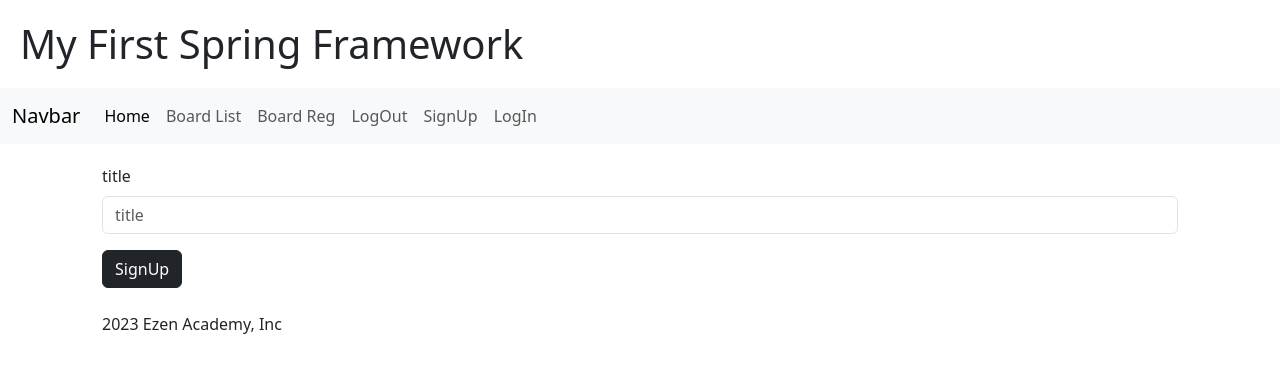
Repository: dhalfks/240115SpringProject
Page: http://localhost/spring_test2/WEB-INF/views/member/register.jsp
An editor plug-in stored every save of this project. The page is shown before and after the next save, followed by the edit.
The browser window is 1280 px wide. The pictures show the whole page.
The page is served by Tomcat 9. Nobody is signed in. Other server files are loaded and not shown. The template is opened directly, without the code that normally fills it, so the values that code supplies are empty.

Above is the page before, as saved 2024-01-12 05:46:53.

### spring_test2/src/main/webapp/WEB-INF/views/member/register.jsp
<%@ page language="java" contentType="text/html; charset=UTF-8"
    pageEncoding="UTF-8"%>
<%@ taglib prefix="c" uri="http://java.sun.com/jsp/jstl/core" %>

<jsp:include page="../layout/header.jsp" />
<jsp:include page="../layout/nav.jsp" />

	<!-- email, pwd, nick_name -->
<div class="container my-3">
<form action="/board/register" method="post" enctype="multipart/form-data">
	<div class="mb-3">
	  <label for="t" class="form-label">title</label>
	  <input type="text" class="form-control" name="title" id="t" placeholder="title">
	</div>
	<button type="submit" class="btn btn-dark">SignUp</button>
</form>
</div>
<jsp:include page="../layout/footer.jsp" />

### spring_test2/src/main/webapp/WEB-INF/views/layout/header.jsp
<%@ page language="java" contentType="text/html; charset=UTF-8"
    pageEncoding="UTF-8"%>
    <%@ taglib uri="http://java.sun.com/jsp/jstl/core" prefix="c"%>
<!DOCTYPE html>
<html>
<head>
<meta charset="UTF-8">
<title>Insert title here</title>
<link href="https://cdn.jsdelivr.net/npm/bootstrap@5.3.1/dist/css/bootstrap.min.css" rel="stylesheet" integrity="sha384-4bw+/aepP/YC94hEpVNVgiZdgIC5+VKNBQNGCHeKRQN+PtmoHDEXuppvnDJzQIu9" crossorigin="anonymous">
<script src="https://cdn.jsdelivr.net/npm/bootstrap@5.3.1/dist/js/bootstrap.bundle.min.js" integrity="sha384-HwwvtgBNo3bZJJLYd8oVXjrBZt8cqVSpeBNS5n7C8IVInixGAoxmnlMuBnhbgrkm" crossorigin="anonymous"></script>
<style type="text/css">
h1, p, h3, form{
margin: 20px;
}
</style>
</head>

<body>
<h1>My First Spring Framework</h1>

### spring_test2/src/main/webapp/WEB-INF/views/layout/nav.jsp
<%@ page language="java" contentType="text/html; charset=UTF-8"
    pageEncoding="UTF-8"%>
<%@ taglib uri="http://java.sun.com/jsp/jstl/core" prefix="c"%>

<header>
	<nav class="navbar navbar-expand-lg bg-body-tertiary">
  <div class="container-fluid">
    <a class="navbar-brand" href="/">Navbar</a>
    <button class="navbar-toggler" type="button" data-bs-toggle="collapse" data-bs-target="#navbarSupportedContent" aria-controls="navbarSupportedContent" aria-expanded="false" aria-label="Toggle navigation">
      <span class="navbar-toggler-icon"></span>
    </button>
    <div class="collapse navbar-collapse" id="navbarSupportedContent">
      <ul class="navbar-nav me-auto mb-2 mb-lg-0">
        <li class="nav-item">
          <a class="nav-link active" aria-current="page" href="/">Home</a>
        </li>
        <li class="nav-item">
          <a class="nav-link" href="/board/list">Board List</a>
        </li>

		<li class="nav-item">
		    <a class="nav-link" href="/board/register">Board Reg</a>
		</li>

        <li class="nav-item">
	        <a class="nav-link" href="">LogOut</a>
        </li>
        <li class="nav-item">
          <a class="nav-link" href="/member/register">SignUp</a>
        </li>
        <li class="nav-item">
          <a class="nav-link" href="">LogIn</a>
        </li>

      </ul>

    </div>
  </div>
</nav>
</header>

### spring_test2/src/main/webapp/WEB-INF/views/layout/footer.jsp
<%@ page language="java" contentType="text/html; charset=UTF-8"
    pageEncoding="UTF-8"%>
    <%@ taglib uri="http://java.sun.com/jsp/jstl/core" prefix="c"%>

<div class="container my-4">
	<p>2023 Ezen Academy, Inc</p>
</div>
</body>
</html>

After the next save:
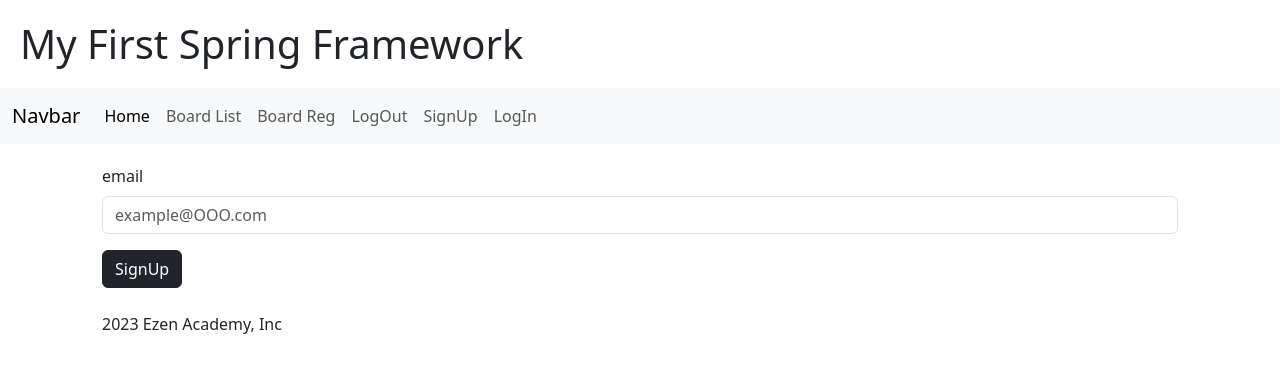
Saved 35 s later.
--- a/spring_test2/src/main/webapp/WEB-INF/views/member/register.jsp
+++ b/spring_test2/src/main/webapp/WEB-INF/views/member/register.jsp
@@ -9,8 +9,8 @@
 <div class="container my-3">
 <form action="/board/register" method="post" enctype="multipart/form-data">
 	<div class="mb-3">
-	  <label for="t" class="form-label">title</label>
-	  <input type="text" class="form-control" name="title" id="t" placeholder="title">
+	  <label for="e" class="form-label">email</label>
+	  <input type="email" class="form-control" name="email" id="e" placeholder="example@OOO.com">
 	</div>
 	<button type="submit" class="btn btn-dark">SignUp</button>
 </form>
